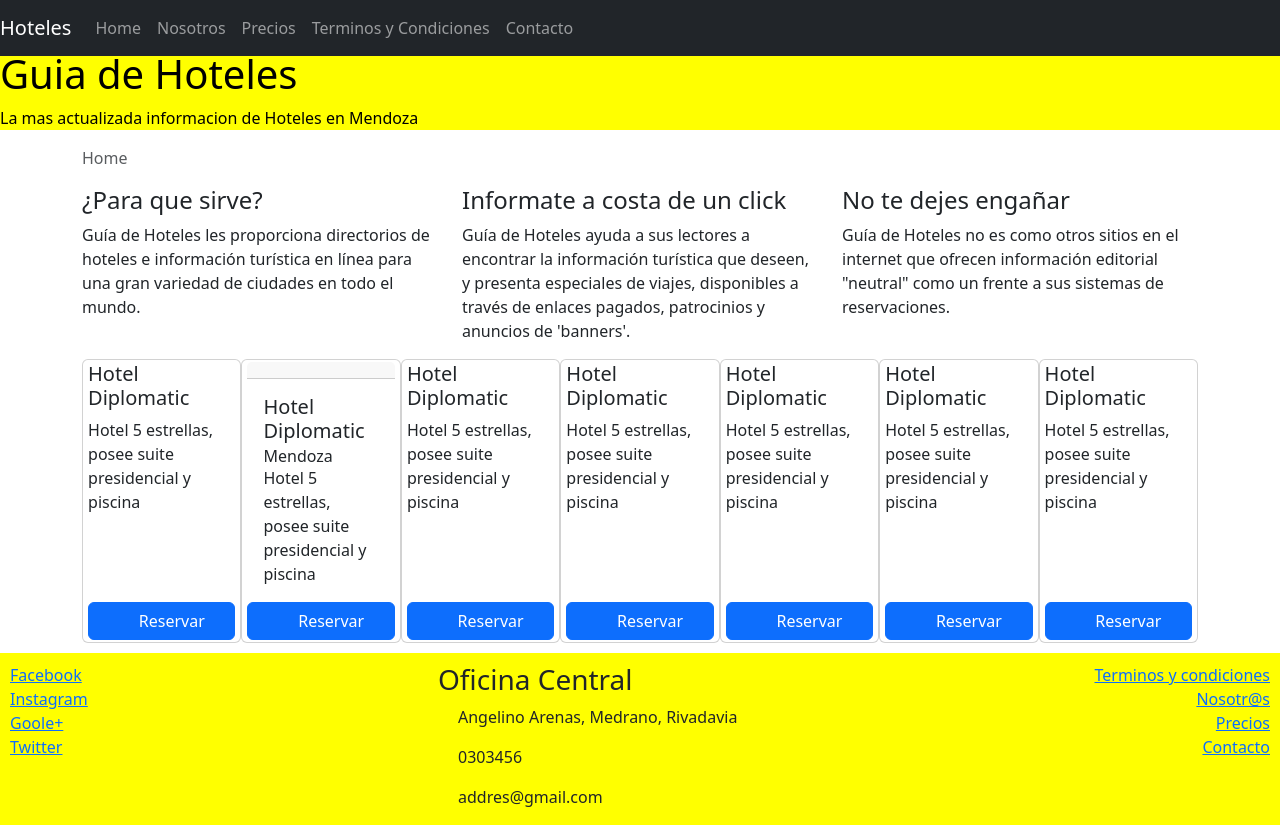
Repository: JulianMoralesSantoni/PaginaHoteles
Page: index.html
These files come from the project's save history. The page is drawn as it stood at one moment and after the next save; the edit follows.
The browser window is 1280 px wide. The page is 1282 px wide, so the pictures cover 1282 px, including what lies to the right of the window. The pictures show the whole page.
Some web fonts or font styles are not loaded; a fallback is used. Some web libraries are served in a nearby version.

Above is the page before, as saved 2021-03-30 01:12:57.

### index.html
<!doctype html>
<html lang="en">
  <head>
    <!-- Required meta tags -->
    <meta charset="utf-8">
    <meta name="viewport" content="width=device-width, initial-scale=1, shrink-to-fit=no">

    <!-- Bootstrap CSS -->
    <link rel="stylesheet" href="node_modules/bootstrap/dist/css/bootstrap.min.css" >
    <link rel="stylesheet" href="css/main.css" >
    <link rel="stylesheet" href="node_modules/open-iconic/font/css/open-iconic-bootstrap.min.css" >

    <title>Guia de Hoteles</title>
  </head>
  <body>
    <nav class="navbar navbar-expand-md navbar-dark bg-dark fixed-top" >
      <a class="navbar-brand" href="./index.html">Hoteles</a>
      <button class="navbar-toggler" type="button" data-toggle="collapse" data-target="#navbarNav" aria-controls="navbarNav" aria-expanded="false" aria-label="Toggle navigation">
        <span class="navbar-toggler-icon"></span>
      </button>
      <div class="collapse navbar-collapse" id="navbarNav">
        <ul class="navbar-nav">
          <li class="nav-item active">
            <a class="nav-link" href="./index.html">Home </a>
          </li>
          <li class="nav-item">
            <a class="nav-link" href="./about.html">Nosotros</a>
          </li>
          <li class="nav-item">
            <a class="nav-link" href="./Precios.html">Precios</a>
          </li>
          <li class="nav-item">
            <a class="nav-link" href="#">Terminos y Condiciones</a>
          </li>
          <li class="nav-item">
            <a class="nav-link" href="./contacto.html">Contacto</a>
          </li>
        </ul>
      </div>
    </nav>
    <div class="jumbotron">
      <h1>Guia de Hoteles</h1>

      <p>La mas actualizada informacion de Hoteles en Mendoza</p>
    </div>

    <div class="container">
      <nav aria-label="breadcrumb">
        <ol class="breadcrumb">
          <li class="breadcrumb-item active" aria-current="page">Home</li>
        </ol>
      </nav>


       <div class="row">
          <div class="col-sm-4 ">
            <h4>¿Para que sirve?</h4>
                  <p>Guía de Hoteles les proporciona directorios de hoteles e información turística en línea para una gran variedad de ciudades en todo el mundo.</p>
          </div>
          <div class="col-sm-4 ">
            <h4>Informate a costa de un click</h4>
                  <p>Guía de Hoteles ayuda a sus lectores a encontrar la información turística que deseen, y presenta especiales de viajes, disponibles a través de enlaces pagados, patrocinios y anuncios de 'banners'.</p>
          </div>
          <div class="col-sm-4 ">
            <h4>No te dejes engañar</h4>

                  <p>Guía de Hoteles no es como otros sitios en el internet que ofrecen información editorial "neutral" como un frente a sus sistemas de reservaciones.</p>
          </div>



    <div class="d-flex flex-wrap flex-row-reverse">
       <div class=" card card-hotel d-flex flex-column justify-content-between ">
           <div>
             <h5>Hotel Diplomatic</h5>
              <p>Hotel 5 estrellas, posee suite presidencial y piscina</p></div>
              <div><button class="btn btn-primary  btn-reserva"><span class="oi oi-plus footer-address-icon" ></span>Reservar</button></div>
            </div>


    <div class="card card-hotel d-flex flex-column justify-content-between">
      <div> <h5>Hotel Diplomatic</h5>
              <p>Hotel 5 estrellas, posee suite presidencial y piscina</p></div>
              <div><button class="btn btn-primary btn-reserva"><span class="oi oi-plus footer-address-icon" ></span>Reservar</button></div>


    </div>

    <div class="card card-hotel d-flex flex-column justify-content-between">

       <div><h5>Hotel Diplomatic</h5>
              <p>Hotel 5 estrellas, posee suite presidencial y piscina</p></div>
              <div><button class="btn btn-primary btn-reserva"><span class="oi oi-plus footer-address-icon" ></span>Reservar</button></div>

    </div>

    <div class="card card-hotel d-flex flex-column justify-content-between">
       <div><h5>Hotel Diplomatic</h5>
              <p>Hotel 5 estrellas, posee suite presidencial y piscina</p></div>
              <div><button class="btn btn-primary btn-reserva"><span class="oi oi-plus footer-address-icon" ></span>Reservar</button></div>

    </div>

    <div class=" card card-hotel d-flex flex-column justify-content-between">
           <div>
             <h5>Hotel Diplomatic</h5>
              <p>Hotel 5 estrellas, posee suite presidencial y piscina</p></div>
              <div><button class="btn btn-primary  btn-reserva"><span class="oi oi-plus footer-address-icon" ></span>Reservar</button></div>
            </div>

  <div class="card card-hotel d-flex flex-column justify-content-between ml-2">
    <div class="card-header"></div>
    <div class="card-body">
             <h5 class="card-title">Hotel Diplomatic</h5>
             <h6 class="card-subtitle">Mendoza</h6>
              <p class="card-text">Hotel 5 estrellas, posee suite presidencial y piscina</p></div>
              <div><button class="btn btn-primary  btn-reserva"><span class="oi oi-plus footer-address-icon" ></span>Reservar</button></div>
            </div>
  <div class="card card-hotel d-flex flex-column justify-content-between">
           <div>
             <h5>Hotel Diplomatic</h5>
              <p>Hotel 5 estrellas, posee suite presidencial y piscina</p></div>
              <div><button class="btn btn-primary  btn-reserva"><span class="oi oi-plus footer-address-icon" ></span>Reservar</button></div>
            </div>




    </div>
  </div>
</div>

 <footer>
   <div class="row">
     <div class="col-sm-4 d-flex flex-column ">
      <a href="http:www.facebook.com"><span class="iconic iconic-social-facebook iconic-sm" title="social facebook" aria-hidden="true"></span>Facebook</a>
      <a href="http:www.instagram">Instagram</a>
      <a href="http:www.google.com">Goole+</a>
      <a href="http:www.Twitter.com"><span class="iconic iconic-social-twitter iconic-sm" title="social twitter" aria-hidden="true"></span>Twitter</a>
     </div>
   <div class="col-sm-4">
    <address>
      <h3>Oficina Central</h3>
      <p><span class="oi oi-home footer-address-icon" ></span>Angelino Arenas, Medrano, Rivadavia</p>
      <p><span class="oi oi-phone footer-address-icon" > </span>0303456</p>
      <p><span class="oi oi-inbox footer-address-icon" ></span>addres@gmail.com</p>


    </address>
  </div>
  <div class="col-sm-4 d-flex flex-column align-items-end">
     <a href="http:www.facebook.com">Terminos y condiciones</a>
      <a href="http:www.instagram">Nosotr@s</a>
      <a href="http:www.google.com">Precios</a>
      <a href="http:www.Twitter.com">Contacto</a>


  </div>


 </footer>


    <!-- Optional JavaScript -->
    <!-- jQuery first, then Popper.js, then Bootstrap JS -->
 <!--<script src="node_modules/jquery/dist/jquery.min.js" integrity="sha384-DfXdz2htPH0lsSSs5nCTpuj/zy4C+OGpamoFVy38MVBnE+IbbVYUew+OrCXaRkfj" crossorigin="anonymous"></script>
    <script src="node_modules/popper.js/dist/popper.min.js" integrity="sha384-9/reFTGAW83EW2RDu2S0VKaIzap3H66lZH81PoYlFhbGU+6BZp6G7niu735Sk7lN" crossorigin="anonymous"></script>
    <script src="node_modules/bootstrap/dist/js/bootstrap.min.js" integrity="sha384-B4gt1jrGC7Jh4AgTPSdUtOBvfO8shuf57BaghqFfPlYxofvL8/KUEfYiJOMMV+rV" crossorigin="anonymous"></script> -->
    <script src="https://code.jquery.com/jquery-3.5.1.slim.min.js" integrity="sha384-DfXdz2htPH0lsSSs5nCTpuj/zy4C+OGpamoFVy38MVBnE+IbbVYUew+OrCXaRkfj" crossorigin="anonymous"></script>
<script src="https://cdn.jsdelivr.net/npm/bootstrap@4.5.3/dist/js/bootstrap.bundle.min.js" integrity="sha384-ho+j7jyWK8fNQe+A12Hb8AhRq26LrZ/JpcUGGOn+Y7RsweNrtN/tE3MoK7ZeZDyx" crossorigin="anonymous"></script>
  </body>
</html>

### css/main.css
.jumbotron{

	background-color: yellow;
	color:black;
	margin-top: 50px;

}


footer{
	padding: 10px 10px 0 10px;
	background-color: yellow;

	margin-bottom: : 0px;
	margin-top: 10px;

}
.card-hotel{
	flex: 1 150px;
	padding: 2px 5px 2px 5px;

}
.btn-reserva{
	width: 100%;
	position: all;


}
.footer-address-icon{

	padding-right: 20px;
}

After the next save:
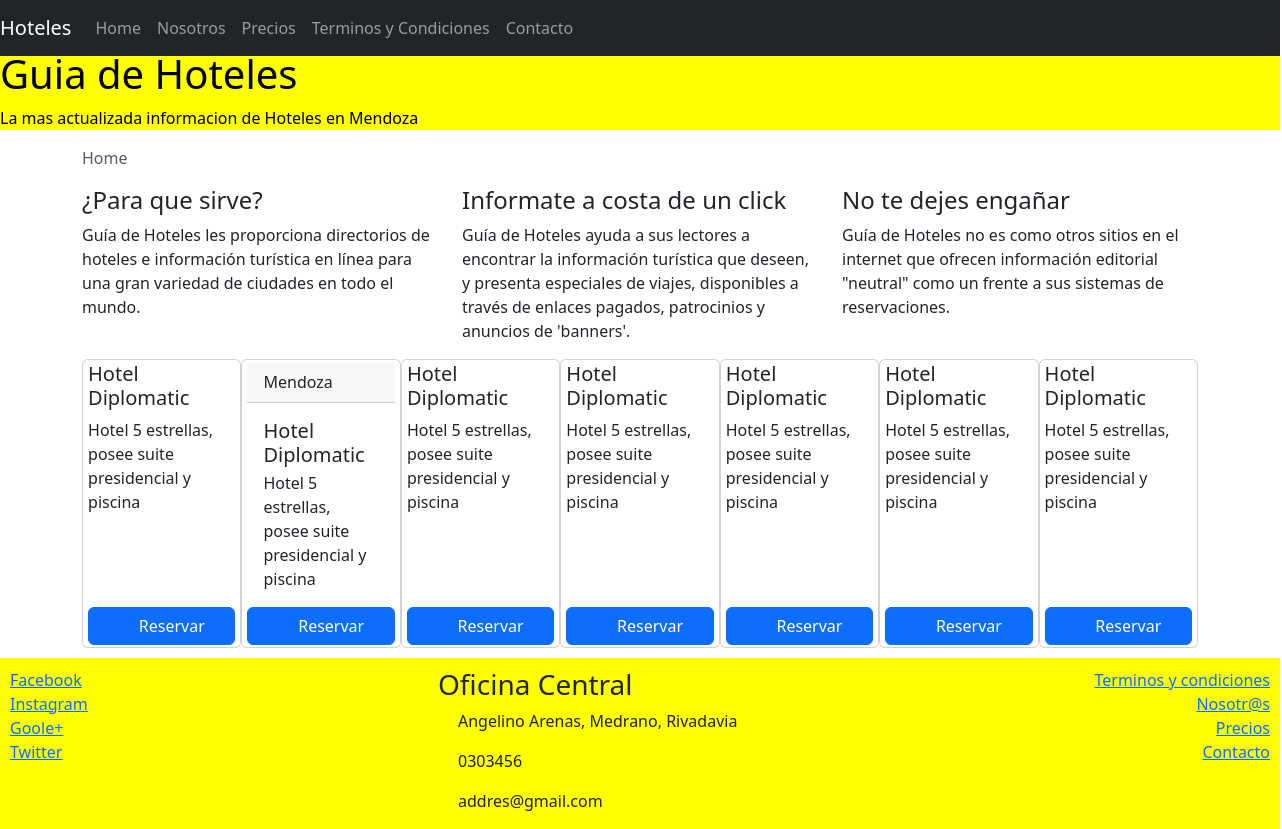
Saved 10 s later.
--- a/index.html
+++ b/index.html
@@ -109,10 +109,10 @@
             </div>
 
   <div class="card card-hotel d-flex flex-column justify-content-between ml-2">
-    <div class="card-header"></div>
+    <div class="card-header">Mendoza</div>
     <div class="card-body">
              <h5 class="card-title">Hotel Diplomatic</h5>
-             <h6 class="card-subtitle">Mendoza</h6>
+             <h6 class="card-subtitle"></h6>
               <p class="card-text">Hotel 5 estrellas, posee suite presidencial y piscina</p></div>
               <div><button class="btn btn-primary  btn-reserva"><span class="oi oi-plus footer-address-icon" ></span>Reservar</button></div>
             </div>
